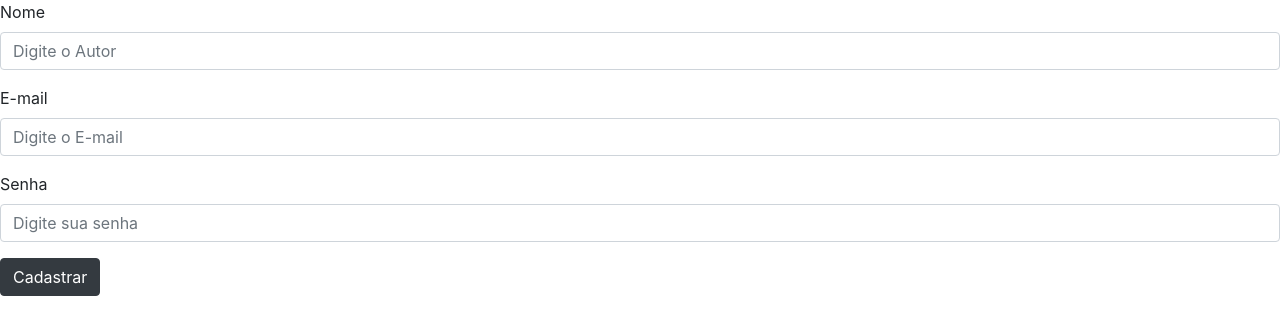
Repository: wellersonfc/simple-crud-react
Page: /
An editor plug-in stored every save of this project. The page is shown before and after a run of saves, followed by the edit.
The browser window is 1280 px wide. The pictures show the whole page.
The project was rebuilt for these pictures with package versions that can differ from the ones it lists, and the page was loaded fresh each time.

Above is the page before, as saved 2019-09-22 15:55:04.

### src/App.js
import React, {Component} from 'react';
import logo from './logo.svg';
import 'bootstrap/dist/css/bootstrap.min.css';

class App extends Component {

  constructor(){
    super();
    this.state = {Lista : [{nome:'Luiz',email:'luiz@gosto.com', senha:'123456'}]};
  }

  render(){
    return(
      <div className="form-autor">
          <form>
            <div class="form-group">
              <label for="exampleInputEmail1">Nome</label>
              <input id="nome" class="form-control" type="text" name="nome" value=""  placeholder="Digite o Autor"/>
            </div>
            <div class="form-group">
              <label for="exampleInputEmail1">E-mail</label>
              <input id="email" class="form-control" type="email" name="email" value=""  placeholder="Digite o E-mail"/>
            </div>
            <div class="form-group">
              <label for="senha">Senha</label>
              <input type="password" class="form-control" id="senha" placeholder="Digite sua senha"/>
            </div>
            <button type="submit" class="btn btn-dark">Cadastrar</button>
        </form>
      </div>

    );
  }
}


export default App;

Loaded but not shown: public/index.html (common file); src/index.js (common file); src/index.css (common file); src/serviceWorker.js (common file)

After the next 4 saves:
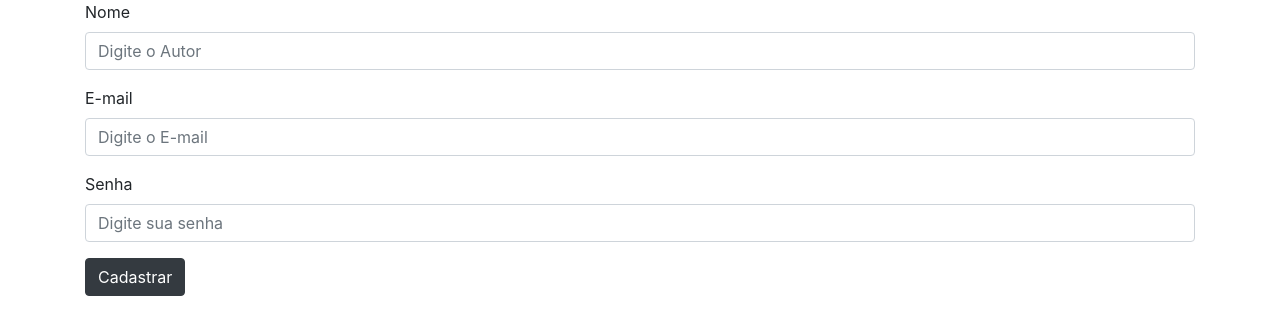
The 4 saves are shown as one change because 2 did not build or start and some came seconds apart.
The last was saved 32 s later.
--- a/src/App.js
+++ b/src/App.js
@@ -11,7 +11,8 @@ class App extends Component {
 
   render(){
     return(
-      <div className="form-autor">
+      <div class="container">
+        <div className="form-autor">
           <form>
             <div class="form-group">
               <label for="exampleInputEmail1">Nome</label>
@@ -28,7 +29,7 @@ class App extends Component {
             <button type="submit" class="btn btn-dark">Cadastrar</button>
         </form>
       </div>
-
+      </div>
     );
   }
 }
